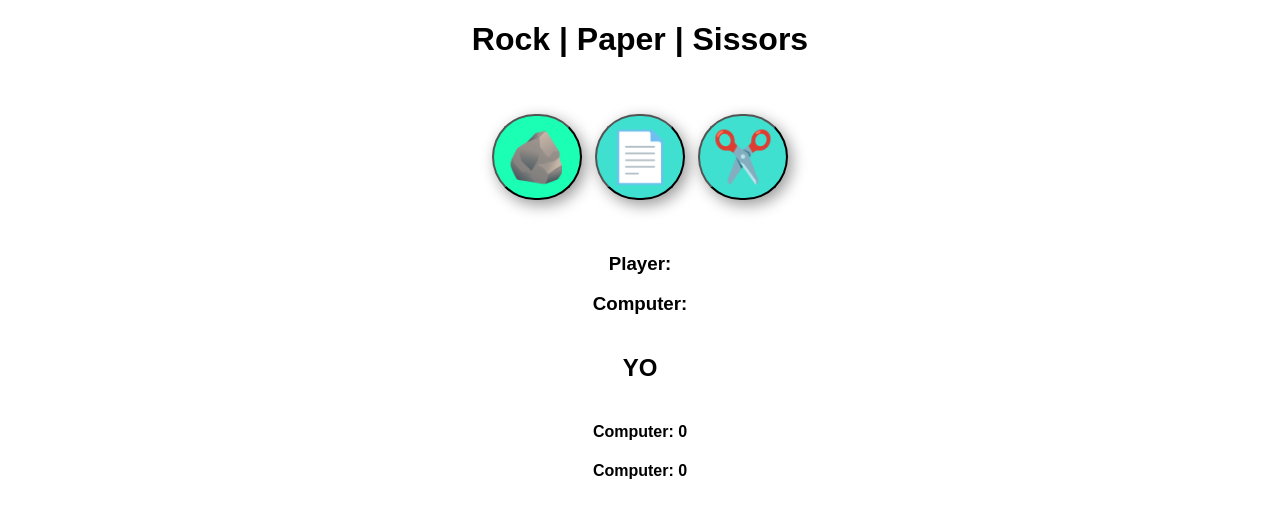
Repository: SakthivelDurai47/Rock-Paper-Sissors
Page: index.html
An editor plug-in stored every save of this project. The page is shown before and after the next save, followed by the edit.
The browser window is 1280 px wide. The pictures show the whole page.
The pointer rests on the first visible `button`.

Above is the page before, as saved 2025-04-14 22:13:37.

### index.html
<!DOCTYPE html>
<html lang="en">
  <head>
    <meta charset="UTF-8" />
    <meta name="viewport" content="width=device-width, initial-scale=1.0" />
    <title>Rock, Paper, Scissor</title>
    <meta name="aurthor" content="Sakthivel Durai S" />
    <link rel="stylesheet" href="styles.css" />
  </head>
  <body>
    <h1>Rock | Paper | Sissors</h1>
    <div id="choice">
      <button onclick="playGame('Rock')">🪨</button>
      <button onclick="playGame('Paper')">📄</button>
      <button onclick="playGame('Scissor')">✂️</button>
    </div>
    <div id="info">
      <h3>Player:</h3>
      <h3>Computer:</h3>
    </div>
    <h2 id="result">YO</h2>
    <div id="scores">
      <h4>Computer: <span id="scorePlr">0</span></h4>
      <h4>Computer: <span id="scoreCum">0</span></h4>
    </div>
    <script src="index.js"></script>
  </body>
</html>

### styles.css
body {
  margin: 0;
  font-family: Arial, sans-serif;
  display: flex;
  flex-direction: column;
  align-items: center;
  text-align: center;
}
#choice {
  margin: 30px;
}
button {
  border-radius: 300px;
  font-size: 50px;
  padding: 12px;
  margin: 4px;
  background-color: turquoise;
  box-shadow: 4px 5px 15px rgba(0, 3, 3, 0.4);
}
button:hover {
  background-color: hsl(160, 100%, 55%);
}

Loaded but not shown: index.js (no copy from this time; the picture is the same without it)

After the next save:
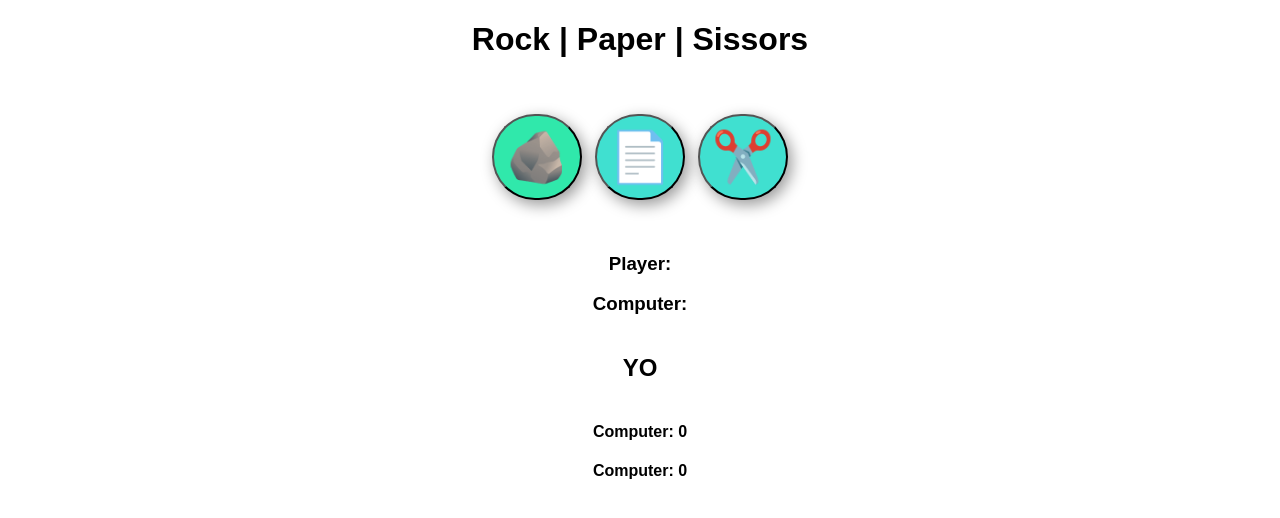
Saved 11 s later.
--- a/styles.css
+++ b/styles.css
@@ -18,5 +18,5 @@ button {
   box-shadow: 4px 5px 15px rgba(0, 3, 3, 0.4);
 }
 button:hover {
-  background-color: hsl(160, 100%, 55%);
+  background-color: hsl(160, 80%, 55%);
 }
